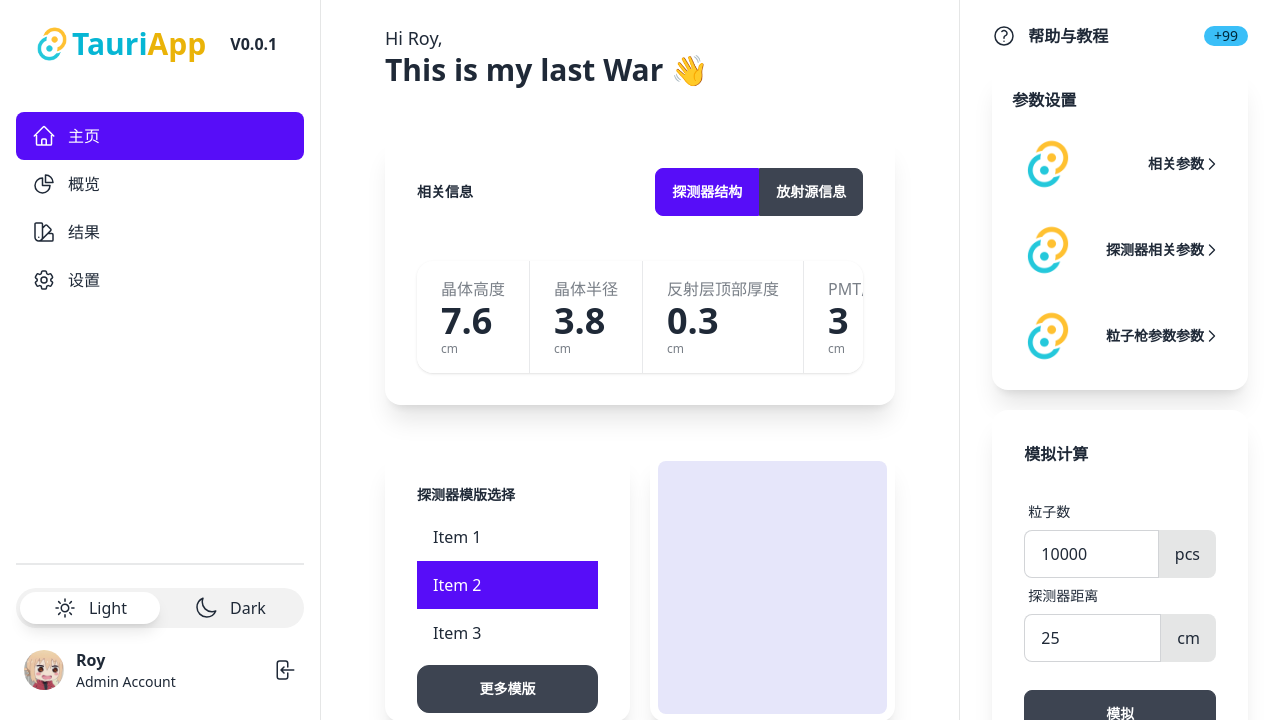
Repository: XMZOVO/tauri-geant4
Page: /
These files come from the project's save history. The page is drawn as it stood at one moment and after the next save; the edit follows.
The browser window is 1280 px wide. The pictures show the whole page.
The page's requests for data from a server got no answer. An inner scrolling area shows only its first screen. The project was rebuilt for these pictures with package versions that can differ from the ones it lists, and the page was loaded fresh each time. No one was signed in, and anything a server would have sent is missing. Also part of the build but not shown: vite.config.ts.

Above is the page before, as saved 2022-09-11 19:16:40.

### src/main.ts
import { createApp } from "vue";
import App from "./App.vue";
import "./index.css";
import { Router } from "./router";
import { createPinia } from "pinia";

const pinia = createPinia();

createApp(App).use(pinia).use(Router).mount("#app");

### src/router/index.ts
import { createRouter, createWebHistory } from "vue-router";

const routes = [
  {
    path: "",
    component: () => import("../components/MainWindow.vue"),
    children: [
      {
        path: "",
        component: () => import("../components/Home.vue"),
      },
      {
        path: "Setting",
        component: () => import("../components/Setting.vue"),
      },
      {
        path: "Results",
        component: () => import("../components/Results.vue"),
      },
      {
        path: "Overview",
        component: () => import("../components/Overview.vue"),
      },
      // {
      //   path: "Plan",
      //   component: () => import("../components/Plan.vue"),
      // },
    ],
  },
];

export const Router = createRouter({
  scrollBehavior: () => ({ left: 0, top: 0 }),
  history: createWebHistory(),
  routes,
});

### src/components/Home.vue
<script setup lang="ts">
import { ref, onMounted } from "vue";
import { invoke } from "@tauri-apps/api/tauri";
import { useRouter, onBeforeRouteLeave, onBeforeRouteUpdate } from "vue-router";
import path from "path";
import { exit } from "@tauri-apps/api/process";
import { fetch } from "@tauri-apps/api/http";

const router = useRouter();
const greetMsg = ref("");
const name = ref("");
let specFile = ref("");
let JSRootPath = ref("/JsRoot720/");

let detectorSrc = ref(
  JSRootPath.value +
    "index.htm?nobrowser&file=http://localhost:8080/file/G4Backend/build/rootFiles/test.root&item=Default;1&opt=ssao;transp60"
);

const parametersNames = ref([
  { name: "探测器结构", checked: true },
  { name: "放射源信息", checked: false },
]);
const selectedName = ref("钻井液性能");
const detectorProperties = ref([
  { name: "晶体高度", value: 7.6, unit: "cm" },
  { name: "晶体半径", value: 3.8, unit: "cm" },
  { name: "反射层顶部厚度", value: "0.3", unit: "cm" },
  { name: "PMT厚度", value: 3, unit: "cm" },
]);
const radioactiveProperties = ref([
  { name: "放射性同位素", value: "Co60", unit: "" },
  { name: "粒子数", value: 1000, unit: "" },
  { name: "3", value: 20, unit: "" },
  { name: "4", value: 0.02, unit: "" },
  { name: "5", value: 10, unit: "" },
]);
const detectorList = ref([
  { name: "碘化钠探测器", percent: 40, description: "Sodium Iodide Detector" },
  {
    name: "溴化澜探测器",
    percent: 100,
    description: "High Purity Germanium Detector",
  },
  {
    name: "高纯锗探测器",
    percent: 60,
    description: "Lanthanum Bromide Detector",
  },
]);
const paticleParameters = ref([
  { name: "粒子数", value: 10000, unit: "pcs" },
  { name: "探测器距离", value: 25, unit: "cm" },
]);
const btnWait = ref("");

async function greet() {
  greetMsg.value = await invoke("greet", { name: name.value });
}

onMounted(async () => {});

const parametersInfoChanged = (name: String) => {
  if (name == "探测器结构") {
    parametersNames.value[0].checked = true;
    parametersNames.value[1].checked = false;
  } else {
    parametersNames.value[0].checked = false;
    parametersNames.value[1].checked = true;
  }
};

const executeCalculate = async () => {
  if (paticleParameters.value[0].value > 10000000) {
    alert("粒子数过大");
    return;
  }
  btnWait.value = "loading";
  const response = await fetch("http://localhost:8080/g4", {
    method: "POST",
    query: {
      ch: detectorProperties.value[0].value.toString(),
      cr: detectorProperties.value[1].value.toString(),
      rtt: detectorProperties.value[2].value.toString(),
      num: paticleParameters.value[0].value.toString(),
    },
  }).then((res) => {
    btnWait.value = "";
    router.push({ path: "/Overview" });
  });
};

const refreshDetector = async () => {
  detectorSrc.value = " ";
  await fetch("http://localhost:8080/gdml", {
    method: "GET",
    query: {
      ch: detectorProperties.value[0].value.toString(),
      cr: detectorProperties.value[1].value.toString(),
      rtt: detectorProperties.value[2].value.toString(),
      pmt: detectorProperties.value[3].value.toString(),
    },
  }).then(() => {
    // let iframe: any = document.getElementById("iframe");
    // iframe.contentWindow.location.reload(true);
    detectorSrc.value =
      JSRootPath.value +
      "index.htm?nobrowser&file=http://localhost:8080/file/G4Backend/build/rootFiles/wtest.root&item=Default;1&opt=ssao;transp60";
  });
};

const exitApp = async () => {
  await exit(1);
};
</script>

<template>
  <!-- <div class="card">
    <input id="greet-input" v-model="name" placeholder="Enter a name..." />
    <button type="button" @click="greet()">Greet</button>
  </div>

  <p>{{ greetMsg }}</p> -->

  <div class="flex h-full w-full">
    <div class="w-2/3 space-y-12 border-r border-base-300 py-6 px-16">
      <div class="h-auto">
        <span class="block text-lg font-normal">Hi Roy,</span>
        <span class="block text-3xl font-bold"
          >This is my last War &#128075;</span
        >
      </div>
      <div class="card h-2/5 w-full shadow-xl">
        <div class="card-body justify-between">
          <div class="flex justify-between">
            <p class="card-title text-sm">相关信息</p>
            <!-- 选择框 -->
            <!-- <div class="form-control w-1/3 max-w-xs">
              <select
                class="select select-bordered focus:outline-none"
                @change="parametersInfoChanged($event)"
              >
                <option v-for="item in parametersNames">{{ item }}</option>
              </select>
            </div> -->
            <div class="btn-group">
              <input
                v-for="item in parametersNames"
                type="radio"
                name="options"
                :data-title="item.name"
                class="btn"
                :checked="item.checked"
                @change="parametersInfoChanged(item.name)"
              />
            </div>
          </div>
          <!-- 统计信息 -->
          <div
            class="stats stats-vertical overflow-hidden shadow lg:stats-horizontal"
          >
            <div
              class="stat"
              v-if="parametersNames[0].checked"
              v-for="item in detectorProperties"
            >
              <div class="stat-title">{{ item.name }}</div>
              <div class="stat-value">{{ item.value }}</div>
              <div class="stat-desc">{{ item.unit }}</div>
            </div>
            <div
              class="stat"
              v-if="parametersNames[1].checked"
              v-for="item in radioactiveProperties"
            >
              <div class="stat-title">{{ item.name }}</div>
              <div class="stat-value">{{ item.value }}</div>
              <div class="stat-desc">{{ item.unit }}</div>
            </div>
          </div>
        </div>
      </div>
      <!-- 底部双卡片 -->
      <div class="flex h-2/5 space-x-5">
        <!-- 1 -->
        <div class="card w-1/2 bg-base-100 shadow-xl">
          <div class="card-body">
            <p class="text-sm font-semibold">探测器模版选择</p>
            <!-- item -->
            <ul class="menu h-full w-full justify-between bg-base-100">
              <li><a>Item 1</a></li>
              <li><a class="active">Item 2</a></li>
              <li><a>Item 3</a></li>
            </ul>
            <!-- <div
                v-for="(item, index) in detectorList"
                class="flex items-center justify-between"
              >
                <div class="flex items-center">
                  <img src="../assets/icon.png" class="h-12 w-12" />
                  <div class="flex flex-col">
                    <p class="text-sm font-semibold">{{ item.name }}</p>
                    <p class="text-xs text-neutral">
                      {{ item.description }}
                    </p>
                  </div>
                </div>
                <div
                  class="radial-progress text-xs text-primary"
                  :style="
                    '--value: ' +
                    item.percent +
                    '; --size: 3.5rem; --thickness: 6px'
                  "
                >
                  {{ item.percent }}%
                </div>
              </div> -->
            <btn class="btn rounded-xl"> 更多模版</btn>
          </div>
        </div>
        <!-- 2 -->
        <div class="card w-1/2 bg-base-100 shadow-xl">
          <div class="card-body p-2">
            <iframe
              :src="detectorSrc"
              frameborder="0"
              class="h-full w-full rounded-lg"
            ></iframe>
            <!-- <div class="h-full w-full bg-black" id="drawing"></div> -->
          </div>
        </div>
      </div>
    </div>

    <!-- 右侧 -->
    <div class="w-1/3 flex-col space-y-5 px-8 pt-6">
      <!-- 帮助 -->
      <div class="flex items-center justify-between">
        <div class="flex items-center space-x-3">
          <svg
            xmlns="http://www.w3.org/2000/svg"
            fill="none"
            viewBox="0 0 24 24"
            stroke-width="1.5"
            stroke="currentColor"
            class="h-6 w-6"
          >
            <path
              stroke-linecap="round"
              stroke-linejoin="round"
              d="M9.879 7.519c1.171-1.025 3.071-1.025 4.242 0 1.172 1.025 1.172 2.687 0 3.712-.203.179-.43.326-.67.442-.745.361-1.45.999-1.45 1.827v.75M21 12a9 9 0 11-18 0 9 9 0 0118 0zm-9 5.25h.008v.008H12v-.008z"
            />
          </svg>
          <label class="font-bold">帮助与教程</label>
        </div>
        <div class="badge badge-info">+99</div>
      </div>
      <!-- 帮助 -->
      <!-- 卡1 -->
      <div class="flex space-x-5">
        <div class="card w-full overflow-visible bg-base-100 shadow-xl">
          <div class="card-body p-5">
            <div class="flex-col space-y-5">
              <p class="text-md font-bold">参数设置</p>

              <!-- 溢流物 -->
              <div class="dropdown-left dropdown w-full">
                <div
                  tabindex="0"
                  class="flex items-center justify-between rounded-xl px-2 py-1 duration-300 hover:cursor-pointer hover:bg-primary hover:text-base-100"
                >
                  <img src="../assets/icon.png" class="h-14 w-14 rounded-xl" />
                  <div class="flex items-center">
                    <p class="text-sm font-bold">相关参数</p>
                    <svg
                      xmlns="http://www.w3.org/2000/svg"
                      fill="none"
                      viewBox="0 0 24 24"
                      stroke-width="2"
                      stroke="currentColor"
                      class="h-4 w-4"
                    >
                      <path
                        stroke-linecap="round"
                        stroke-linejoin="round"
                        d="M8.25 4.5l7.5 7.5-7.5 7.5"
                      />
                    </svg>
                  </div>
                </div>
                <!-- 浮动窗口 -->
                <div
                  tabindex="0"
                  class="card dropdown-content rounded-box w-full bg-base-100 shadow"
                >
                  <div class="card-body space-y-3">
                    <p class="font-bold">设置相关参数</p>
                    <div
                      v-for="item in detectorList"
                      class="flex items-center justify-between"
                    >
                      <p>{{ item.name }}</p>
                      <p class="font-bold text-primary">{{ item.percent }}%</p>
                      <input
                        type="range"
                        min="0"
                        max="100"
                        v-model="item.percent"
                        class="range range-xs w-1/2"
                        step="1"
                      />
                    </div>
                  </div>
                </div>
              </div>
              <!-- 溢流物 -->
              <!-- 钻井液 -->
              <div class="dropdown-left dropdown w-full">
                <div
                  tabindex="0"
                  class="flex items-center justify-between rounded-xl px-2 py-1 duration-300 hover:cursor-pointer hover:bg-primary hover:text-base-100"
                >
                  <img src="../assets/icon.png" class="h-14 w-14 rounded-xl" />
                  <div class="flex items-center">
                    <p class="text-sm font-bold">探测器相关参数</p>
                    <svg
                      xmlns="http://www.w3.org/2000/svg"
                      fill="none"
                      viewBox="0 0 24 24"
                      stroke-width="2"
                      stroke="currentColor"
                      class="h-4 w-4"
                    >
                      <path
                        stroke-linecap="round"
                        stroke-linejoin="round"
                        d="M8.25 4.5l7.5 7.5-7.5 7.5"
                      />
                    </svg>
                  </div>
                </div>
                <!-- 浮动窗口 -->
                <div
                  tabindex="0"
                  class="card dropdown-content rounded-box w-96 bg-base-100 shadow"
                >
                  <div class="card-body space-y-1">
                    <div class="flex items-center">
                      <p class="font-bold">设置探测器参数</p>
                      <button class="btn btn-xs" @click="refreshDetector">
                        刷新探测器模型
                      </button>
                    </div>
                    <div
                      v-for="item in detectorProperties"
                      class="form-control"
                    >
                      <label class="label">
                        <span class="label-text">{{ item.name }}</span>
                      </label>
                      <label class="input-group">
                        <input
                          type="text"
                          v-model="item.value"
                          class="input input-bordered w-3/4 focus:outline-none"
                        />
                        <span class="w-1/4">{{ item.unit }}</span>
                      </label>
                    </div>
                  </div>
                </div>
              </div>
              <!-- 钻井液 -->
              <!-- 节流压 -->
              <div class="dropdown-left dropdown w-full">
                <div
                  tabindex="0"
                  class="flex items-center justify-between rounded-xl px-2 py-1 duration-300 hover:cursor-pointer hover:bg-primary hover:text-base-100"
                >
                  <img src="../assets/icon.png" class="h-14 w-14 rounded-xl" />
                  <div class="flex items-center">
                    <p class="text-sm font-bold">粒子枪参数参数</p>
                    <svg
                      xmlns="http://www.w3.org/2000/svg"
                      fill="none"
                      viewBox="0 0 24 24"
                      stroke-width="2"
                      stroke="currentColor"
                      class="h-4 w-4"
                    >
                      <path
                        stroke-linecap="round"
                        stroke-linejoin="round"
                        d="M8.25 4.5l7.5 7.5-7.5 7.5"
                      />
                    </svg>
                  </div>
                </div>
                <!-- 浮动窗口 -->
                <div
                  tabindex="0"
                  class="card dropdown-content rounded-box w-96 bg-base-100 shadow"
                >
                  <div class="card-body space-y-3">
                    <p class="font-bold">设置粒子枪参数</p>
                    <div
                      v-for="item in radioactiveProperties"
                      class="form-control"
                    >
                      <label class="label">
                        <span class="label-text">{{ item.name }}</span>
                      </label>
                      <label class="input-group">
                        <input
                          type="text"
                          v-model="item.value"
                          class="input input-bordered w-3/4 focus:outline-none"
                        />
                        <span class="w-1/4">{{ item.unit }}</span>
                      </label>
                    </div>
                  </div>
                </div>
              </div>
              <!-- 节流压 -->
            </div>
          </div>
        </div>
      </div>
      <!-- 卡2 -->
      <div class="flex space-x-5">
        <div class="card w-full bg-base-100 shadow-xl">
          <div class="card-body space-y-5">
            <p class="text-md font-bold">模拟计算</p>
            <div>
              <div v-for="item in paticleParameters" class="form-control">
                <label class="label">
                  <span class="label-text">{{ item.name }}</span>
                </label>
                <label class="input-group">
                  <input
                    type="text"
                    placeholder="0.01"
                    v-model="item.value"
                    class="input input-bordered w-full focus:outline-none"
                  />
                  <span>{{ item.unit }}</span>
                </label>
              </div>
            </div>
            <!-- 计算 -->
            <button :class="'btn w-full ' + btnWait" @click="executeCalculate">
              模拟
            </button>
          </div>
        </div>
      </div>
    </div>
  </div>
</template>

<style scoped></style>

Loaded but not shown: index.html (common file); src/App.vue (common file); src/index.css (common file); tailwind.config.cjs (common file); public/JsRoot720/modules/d3.mjs (library); public/JsRoot720/modules/gui/HierarchyPainter.mjs (library); public/JsRoot720/modules/io.mjs (3859 lines, source omitted); public/JsRoot720/modules/gpad/TFramePainter.mjs (2781 lines, source omitted); public/JsRoot720/modules/gpad/TPadPainter.mjs (2078 lines, source omitted); public/JsRoot720/modules/gui/menu.mjs (1573 lines, source omitted); public/JsRoot720/modules/core.mjs (1681 lines, source omitted); public/JsRoot720/modules/gui/display.mjs (1711 lines, source omitted); public/JsRoot720/modules/base/ObjectPainter.mjs (1608 lines, source omitted); public/JsRoot720/modules/base/math.mjs (2061 lines, source omitted); public/JsRoot720/modules/gpad/TAxisPainter.mjs (1330 lines, source omitted); public/JsRoot720/modules/hist/TPavePainter.mjs (1257 lines, source omitted); public/JsRoot720/modules/base/latex.mjs (1324 lines, source omitted); public/JsRoot720/modules/draw.mjs (618 lines, source omitted); public/JsRoot720/modules/gui/utils.mjs (511 lines, source omitted); public/JsRoot720/modules/gpad/TCanvasPainter.mjs (756 lines, source omitted); public/JsRoot720/modules/base/BasePainter.mjs (670 lines, source omitted); public/JsRoot720/modules/base/TAttFillHandler.mjs (343 lines, source omitted); public/JsRoot720/modules/base/TAttMarkerHandler.mjs (292 lines, source omitted); public/JsRoot720/modules/gui.mjs (206 lines, source omitted); public/JsRoot720/modules/base/colors.mjs (172 lines, source omitted); public/JsRoot720/modules/base/TAttLineHandler.mjs (166 lines, source omitted); public/JsRoot720/modules/base/FontHandler.mjs (139 lines, source omitted); src/components/MainWindow.vue (303 lines, source omitted)

After the next save:
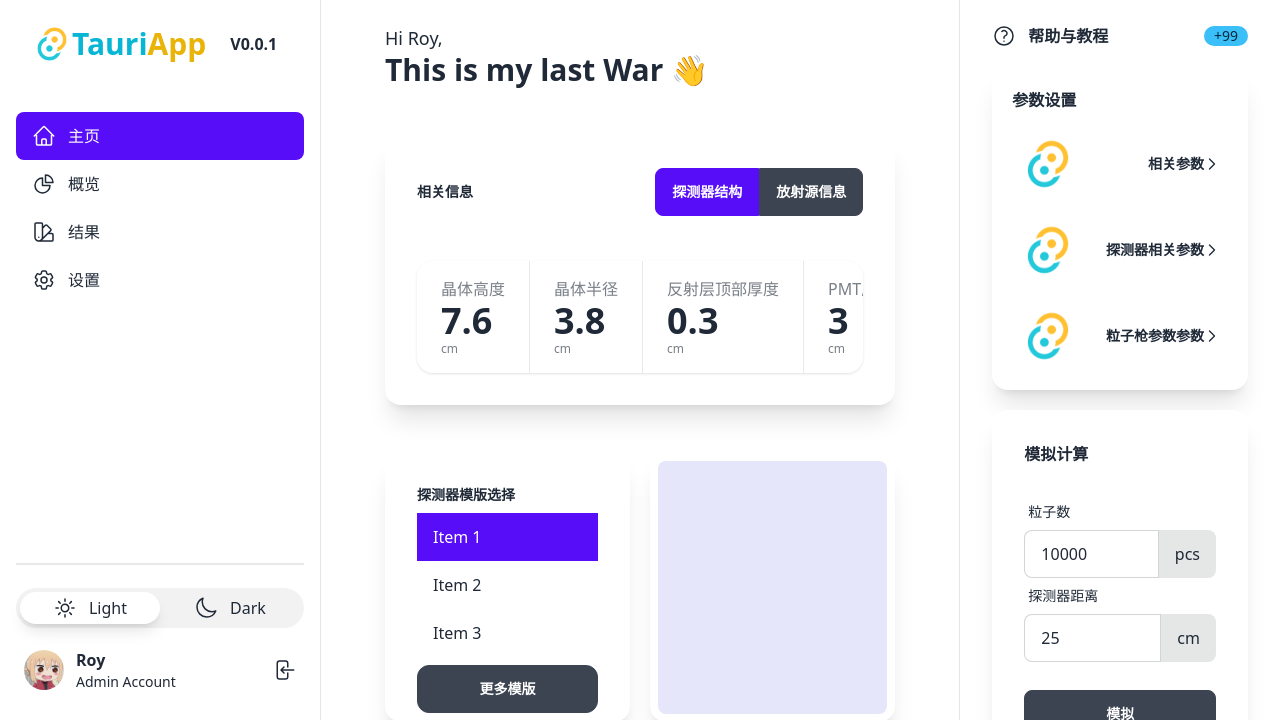
Saved 19 s later.
--- a/src/components/Home.vue
+++ b/src/components/Home.vue
@@ -188,8 +188,8 @@ const exitApp = async () => {
             <p class="text-sm font-semibold">探测器模版选择</p>
             <!-- item -->
             <ul class="menu h-full w-full justify-between bg-base-100">
-              <li><a>Item 1</a></li>
-              <li><a class="active">Item 2</a></li>
+              <li><a class="active">Item 1</a></li>
+              <li><a>Item 2</a></li>
               <li><a>Item 3</a></li>
             </ul>
             <!-- <div
